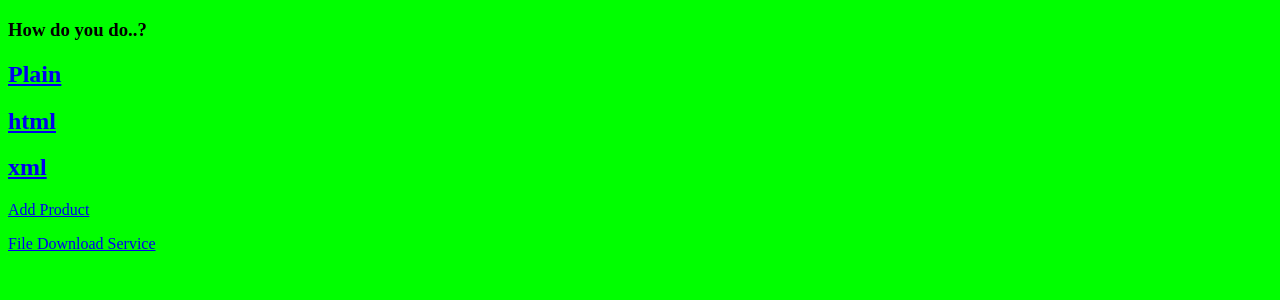
Repository: varshabataniya/Restful_WebService
Page: TrivagoHotel/WebContent/index.html
These files come from the project's save history. The page is drawn as it stood at one moment and after the next save; the edit follows.
The browser window is 1280 px wide. The pictures show the whole page.

Above is the page before, as saved 2019-07-25 07:12:09.

After the next save:
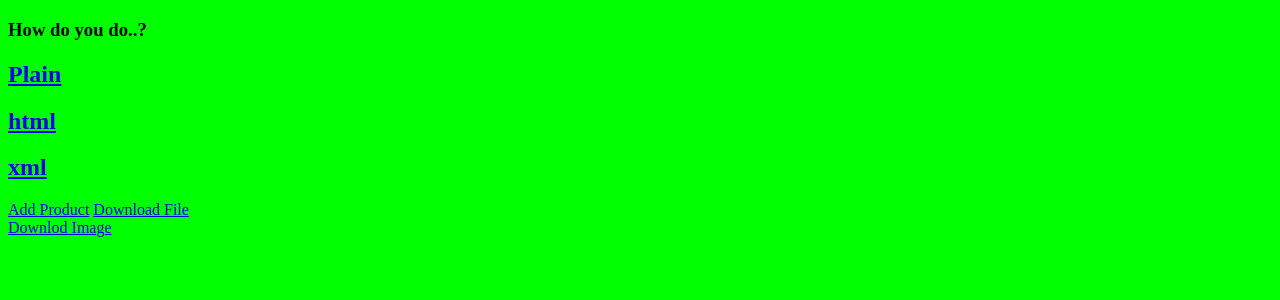
Saved 12 min 54 s later.
--- a/TrivagoHotel/WebContent/index.html
+++ b/TrivagoHotel/WebContent/index.html
@@ -14,7 +14,8 @@ body{
 	<h2><a href="http://localhost:8080/HelloWebService/zenRest/zenhello">Plain</a></h2>
 	<h2><a href="http://localhost:8080/HelloWebService/zenRest/zenhello/welcome">html</a></h2>
 	<h2><a href="http://localhost:8080/HelloWebService/zenRest/zenhello/welcomeXml">xml</a></h2>
-	<p><a href="addProduct.html">Add Product</a>
-	<p><a href="FileDownloadService">File Download Service</a>
+	<a href="addProduct.html">Add Product</a>
+	<a href="http://localhost:8080/HelloWebService/zenRest/files/txt">Download File</a><br>
+	<a href="http://localhost:8080/HelloWebService/zenRest/files/images">Downlod Image</a>
 </body>
 </html>
